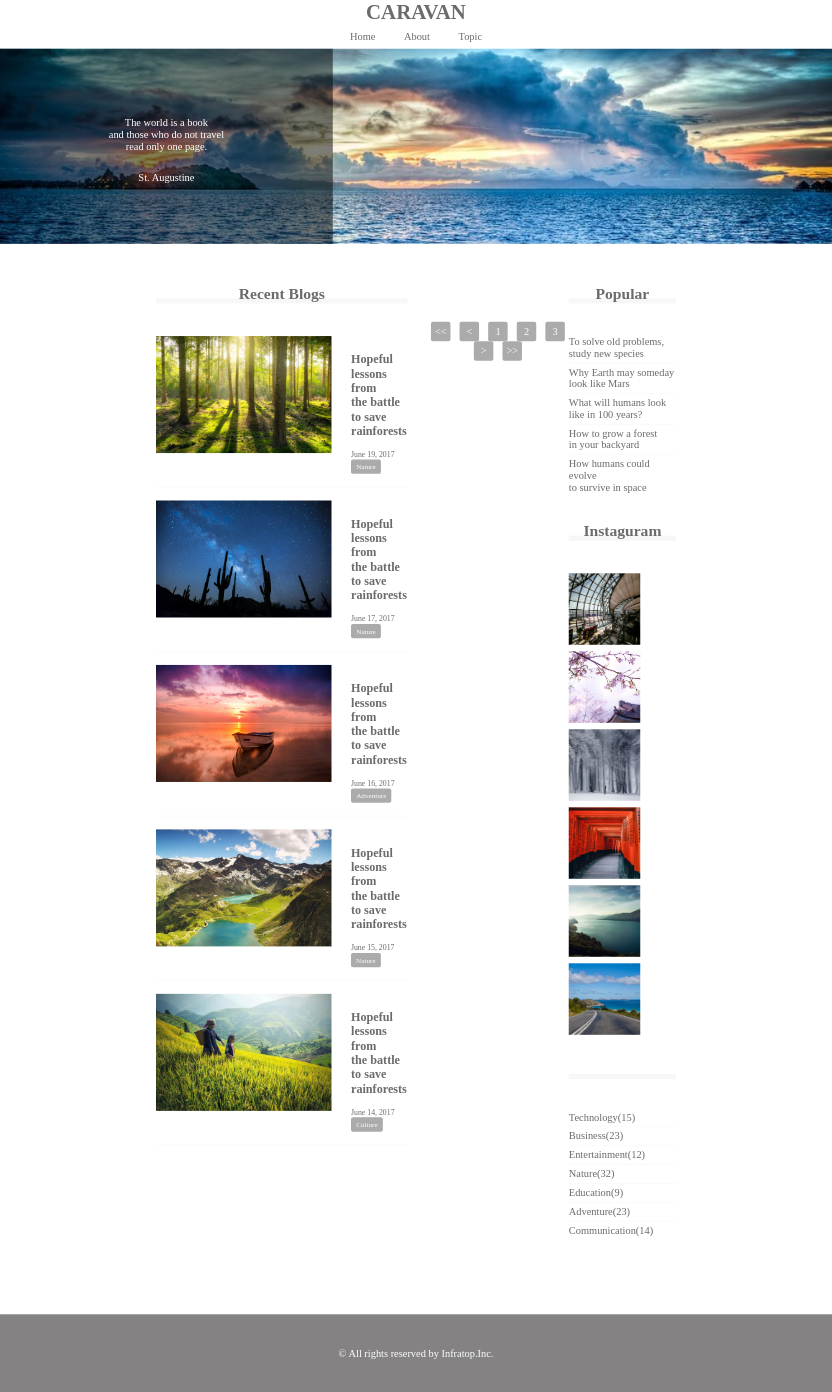
Repository: 825814/caravan2
Page: caravan/index.html
The author's editor kept a record of every edit. The page is drawn from the files as they stood at one moment, then again after the next edit.
The browser window is 1280 px wide. The pictures show the whole page, at 65% of full size.

Above is the page before.

### caravan/index.html
<!DOCTYPE html>
<html lang="ja">
  <head>
    <meta http-equiv="content-type" content="text/html; charset=utf-8" />

    <link rel="stylesheet" href="style.css" />
    <title>CARAVAN</title>
  </head>

  <body>

    <header>
      <h1 class="heading">
        <a href="index.html">
        CARAVAN
        </a>
      </h1>
    </header>


    <nav>
      <ul class="nav-list">
        <li class="nav-list-item">
          <a href="index.html">Home</a>
        </li>
        <li class="nav-list-item">About</li>
        <li class="nav-list-item">Topic</li>
      </ul>
    </nav>


    <div class="main-visual">
      <div class="main-visual-content">
        <p class="main-visual-text">
          The world is a book<br />
          and those who do not travel<br />
          read only one page.
          </p>
        <p class="main-visual-name">
          St. Augustine
        </p>
      </div>
    </div>


    <main>
      <section class="blog">
        <h2 class="blog-heading">Recent Blogs</h2>
        <div class="blog-box">
          <div class="blog-item">
            <img  class="blog-image" src="img/forest.jpg">
            <section class="blog-text">
              <h3 class="blog-text-heading">
                <a href="single.html">
                 Hopeful lessons from<br>
                 the battle to save<br>
                 rainforests
                </a>
              </h3>
              <p class="blog-date">June 19, 2017</p>
              <span class="category">Nature</span>
            </section>
          </div>
          <div class="blog-item">
            <img  class="blog-image" src="img/desert.jpg">
            <section class="blog-text">
              <h3 class="blog-text-heading">
                <a href="single.html">
                 Hopeful lessons from<br>
                 the battle to save<br>
                 rainforests
                </a>
              </h3>
              <p class="blog-date">June 17, 2017</p>
              <span class="category">Nature</span>
            </section>
          </div>
          <div class="blog-item">
            <img  class="blog-image" src="img/sunset.jpg">
            <section class="blog-text">
              <h3 class="blog-text-heading">
                <a href="single.html">
                 Hopeful lessons from<br>
                 the battle to save<br>
                 rainforests
                </a>
              </h3>
              <p class="blog-date">June 16, 2017</p>
              <span class="category">Adventure</span>
            </section>
          </div>
          <div class="blog-item">
            <img  class="blog-image" src="img/italy.jpg">
            <section class="blog-text">
              <h3 class="blog-text-heading">
                <a href="single.html">
                 Hopeful lessons from<br>
                 the battle to save<br>
                 rainforests
                </a>
              </h3>
              <p class="blog-date">June 15, 2017</p>
              <span class="category">Nature</span>
            </section>
          </div>
          <div class="blog-item">
            <img  class="blog-image" src="img/asia.jpg">
            <section class="blog-text">
              <h3 class="blog-text-heading">
                <a href="single.html">
                 Hopeful lessons from<br>
                 the battle to save<br>
                 rainforests
                </a>
              </h3>
              <p class="blog-date">June 14, 2017</p>
              <span class="category">Culture</span>
            </section>
          </div>
        </div>

      </section>

      <div class="pagination">
        <P><<</P>
        <p><</p>
        <p>1</p>
        <p>2</p>
        <p>3</p>
        <p>></p>
        <p>>></p>
      </div>

      <div class="sidebar">
        <section class="popular">
          <h2 class="popular-heading common-heading">Popular</h2>
          <div class="sidebar-contents">
            <p class="popular-text">To solve old problems,<br>study new species</p>
            <p class="popular-text">Why Earth may someday<br>look like Mars</p>
            <p class="popular-text">What will humans look<br>like in 100 years?</p>
            <p class="popular-text">How to grow a forest<br>in your backyard</p>
            <p class="popular-text">How humans could evolve<br>to survive in space</p>
          </div>
        </section>
        <section class="instagram">
          <h2 class="instagram-heading common-heading">Instaguram</h2>
          <div class="sidebar-contents">
            <div class="instagram-box"></div>
            <div class="instagram-box"></div>
            <div class="instagram-box"></div>
            <div class="instagram-box"></div>
            <div class="instagram-box"></div>
            <div class="instagram-box"></div>
          </div>
        </section>
        <section class="categories">
          <h2 class="categories-heading common-heading"></h2>
          <div class="sidebar-contents">
            <p class="categories-text">Technology(15)</p>
            <p class="categories-text">Business(23)</p>
            <p class="categories-text">Entertainment(12)</p>
            <p class="categories-text">Nature(32)</p>
            <p class="categories-text">Education(9)</p>
            <p class="categories-text">Adventure(23)</p>
            <p class="categories-text">Communication(14)</p>
          </div>
        </section>

      </div>
    </main>

    <footer>
      <p class="footer-text">© All rights reserved by Infratop.Inc.</p>
    </footer>
  </body>
</html>

### caravan/style.css
* {
  margin: 0;
  padding: 0;
  box-sizing: border-box;
  color: #6c6b6b;
}


a {
  text-decoration: none;
}

header {
  width: 90%;
  height: 15px 0;
  margin: 0 auto;
  text-align: center
}

header .heading {

  font-size: 32px;
}

.nav-list {
  text-align: center;
  padding: 10px 0;
  margin:0 auto;
}

.nav-list-item {
  list-style: none;
  display: inline-block;
  margin: 0 20px;
}

.main-visual {
  width: 100%;
  height: 300px;
  background-image: url(img/mv.jpg);
  background-size: cover;
  background-position: center;
}

.main-visual-content {
  width: 40%;
  height: 300px;
  background-color: rgba(0, 0, 0 ,0.5);
  text-align: center;
  padding-top: 105px;
}

.main-visual-text {
  color: #fff;
}

.main-visual-name {
  margin-top: 30px;
  color: #fff;
}

main {
  width: 800px;
  display: flex;
  justify-content: center;
  margin: 0 auto;
  padding: 70px 0;
}

.blog {
  width: 540px;
  margin-right: 30px;
}

.blog-heading {
  border-bottom: 8px solid #f7f7f7;
  text-align: center;
  line-height: 0.6;
}

.blog-box {
  padding-top: 50px;
}

.blog-item {
  padding-bottom: 20px;
  margin-bottom: 20px;
  border-bottom: 1px solid #f7f7f7;
  display: flex;
  justify-content: flex-start;
}

.blog-image {
  height: 180px;
}

.blog-text {
  padding: 25px 0 0 30px;
}

.blog-text-heading {
  padding-bottom: 15px;
}

.blog-date {
  font-size: 12px;
  display: inline-block;
}

.category {
  display: inline-block;
  padding: 5px 8px;
  background-color: #acabab;
  border-radius: 3px;
  color: #fff;
  font-size: 11px;
}

.pagination {
  text-align: center;
  padding-top: 50px;
}

.pagination p {
  display: inline-block;
  width: 30px;
  height: 30px;
  margin: 0 5px;
  color: #fff;
  background-color: #acabab;
  border-radius: 3px;
  line-height: 30px;
}

.sidebar {
  width: 230px;
}

.common-heading {
  border-bottom: 8px solid #f7f7f7;
  text-align: center;
  line-height: 0.6;
}

.sidebar-contents {
  padding: 50px 0;
}

.popular-text,
.categories-text {
  padding-bottom: 5px;
  border-bottom: 1px solid #f7f7f7;
  margin-bottom: 5px;
}

.popular-text:last-child,
.categories-text:last-child {
  margin: 0;
  padding: 0;
  border: none;
}

.instagram .sidebar-contents {
  display: flex;
  flex-wrap:wrap;
}

.instagram-box {
  width: 110px;
  padding-top: 110px;
  background-size: cover;
  background-position: center;
  margin-bottom: 10px;
}

.instagram-box:nth-child(odd) {
  margin-right: 10px;
}

.instagram-box:nth-child(1) {
  background-image: url(img/airport.jpg);
}

.instagram-box:nth-child(2) {
  background-image: url(img/japan.jpg);
}

.instagram-box:nth-child(3) {
  background-image: url(img/snow.jpg);
}

.instagram-box:nth-child(4) {
  background-image: url(img/japan2.jpg);
}

.instagram-box:nth-child(5) {
  background-image: url(img/lake.jpg);
}

.instagram-box:nth-child(6) {
  background-image: url(img/road.jpg);
}

footer {
  width: 100%;
  height: 120px;
  text-align: center;
  line-height: 120px;
  background-color: #848282;
}

.footer-text {
  color: #fff;
}

After the next edit:
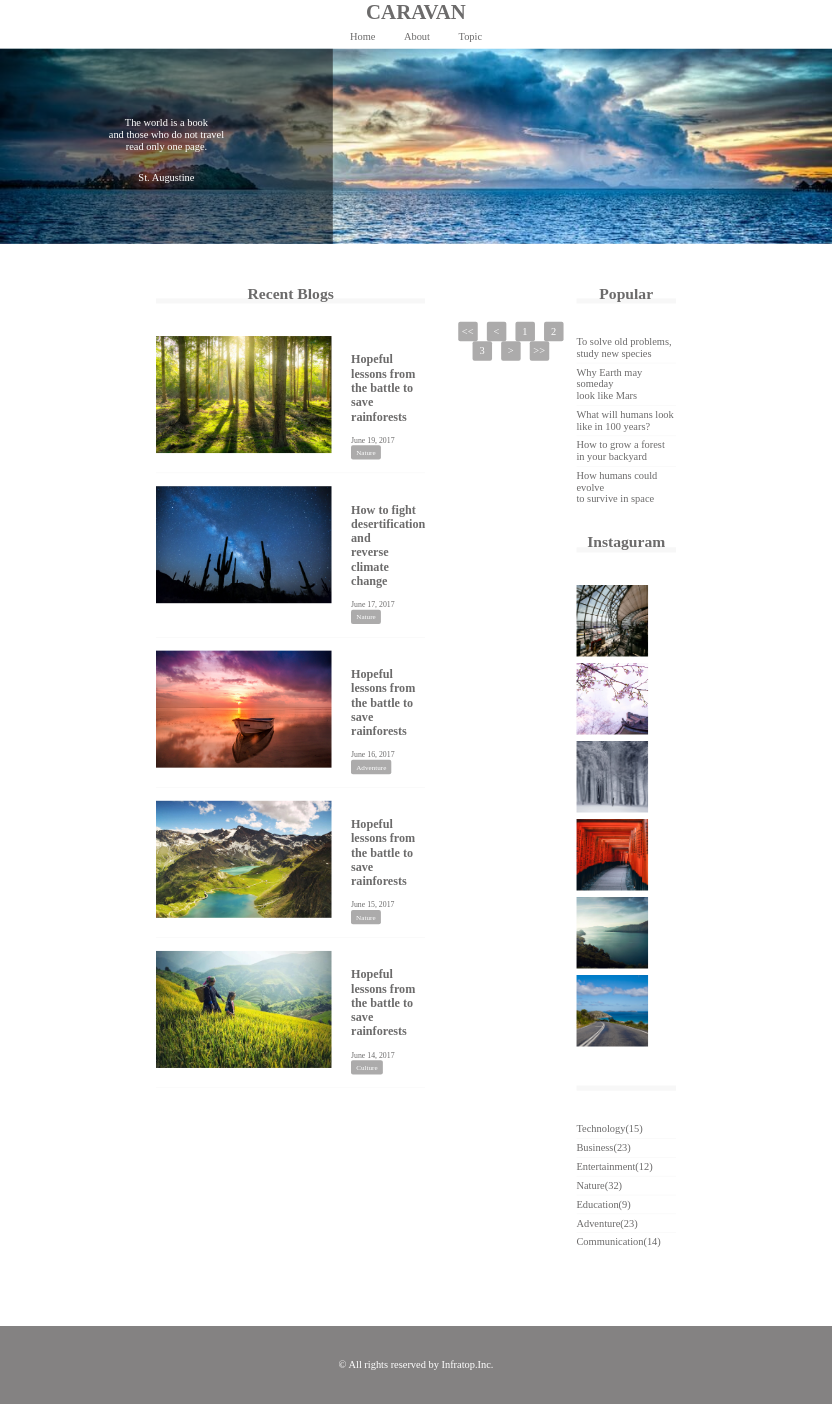
The edit:
--- a/caravan/index.html
+++ b/caravan/index.html
@@ -66,9 +66,9 @@
             <section class="blog-text">
               <h3 class="blog-text-heading">
                 <a href="single.html">
-                 Hopeful lessons from<br>
-                 the battle to save<br>
-                 rainforests
+                 How to fight<br />
+                  desertification and<br />
+                  reverse climate change
                 </a>
               </h3>
               <p class="blog-date">June 17, 2017</p>
